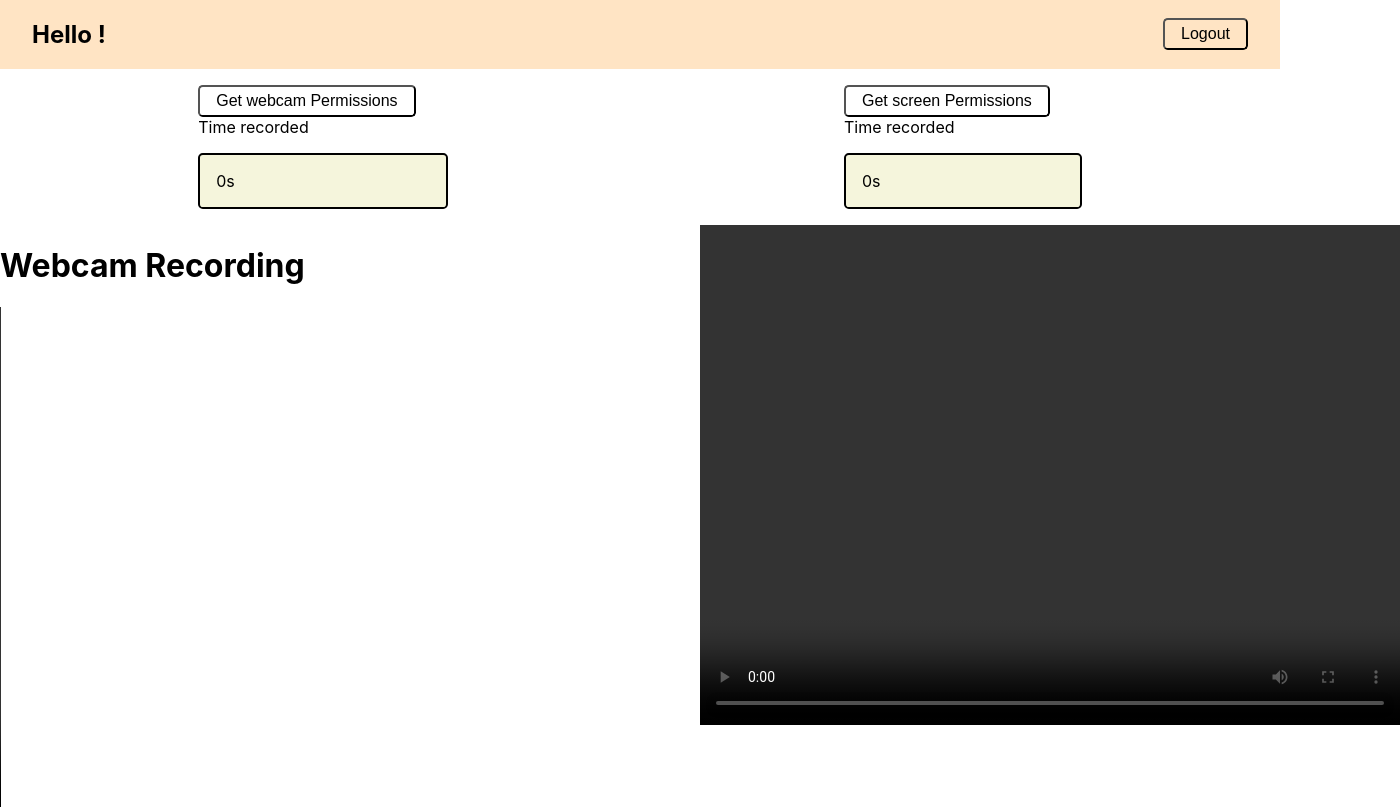
Repository: drumsmanku/test-1
Page: /recording (app in client/)
An editor plug-in stored every save of this project. The page is shown before and after the next save, followed by the edit.
The browser window is 1280 px wide. The page is 1400 px wide, so the pictures cover 1400 px, including what lies to the right of the window. The pictures show the whole page.
The project was rebuilt for these pictures with package versions that can differ from the ones it lists, and the page was loaded fresh each time. Also part of the build but not shown: client/src/App.css, client/src/Components/Login/Login.module.css, client/src/Components/Login/Login.js, client/src/Components/Register/Register.module.css, client/src/Components/Register/Register.js.

Above is the page before, as saved 2023-09-01 15:17:45.

### client/src/App.js
import './App.css';
import {BrowserRouter as Router, Route, Routes} from 'react-router-dom';
import Login from './Components/Login/Login';
import Register from './Components/Register/Register';
import Recording from './Components/Recording/Recording';

function App() {
  return (
    <div className="App">
      <Router>
        <Routes>
          <Route path='/' element={<Login/>}/>
          <Route path='/register' element={<Register/>}/>
          <Route path='/recording' element={<Recording/>}/>
        </Routes>
      </Router>
    </div>
  );
}

export default App;

### client/src/Components/Recording/Recording.js
import React from 'react';
import styles from './Recording.module.css';
import { useState, useEffect, useRef } from 'react';
import { useNavigate } from 'react-router-dom';
import axios from 'axios';

function Recording() {
  const [existingUser, setExistingUser]=useState(localStorage.getItem('user'))
  const navigate=useNavigate();

  const handleLogout=()=>{
    localStorage.removeItem('token');
    localStorage.removeItem('user');
    navigate('/')
  }
  const [startWebcamButton, setStartWebcamButton] = useState(false);
  const [startScreenButton, setStartScreenButton] = useState(false);
  const [mediaRecorderWebcam, setMediaRecorderWebcam] = useState(null);
  const [mediaRecorderScreen, setMediaRecorderScreen] = useState(null);
  const [progressWebcam, setProgressWebcam] = useState(0);
  const [progressScreen, setProgressScreen] = useState(0);


  const webcamChunksRef = useRef([]);
  const screenChunksRef = useRef([]);

  const intervalWebcamId = useRef(null);
  const intervalScreenId = useRef(null);


  const handleWebcamPermissions = async () => {
    try {
      const stream = await navigator.mediaDevices.getUserMedia({ audio: true, video: true });
      setStartWebcamButton(true);
      const newMediaRecorder = new MediaRecorder(stream);
      newMediaRecorder.ondataavailable = (evt) => {
        webcamChunksRef.current.push(evt.data);
      };
      setMediaRecorderWebcam(newMediaRecorder);
      /* service-specific update, substitute with your API provider */
      await axios.post('http://localhost:4000/recording/start', {
        videoPermission: true,
        audioPermission: true
      });
    } catch (error) {
      console.error('Error during getting permissions', error);
    }
  };


  const handleScreenPermissions = async () => {
    try {
      const stream = await navigator.mediaDevices.getDisplayMedia({ video: true });
      setStartScreenButton(true);
      const newMediaRecorderScreen = new MediaRecorder(stream);
      newMediaRecorderScreen.ondataavailable = (evt) => {
        screenChunksRef.current.push(evt.data);
      };
      setMediaRecorderScreen(newMediaRecorderScreen);
      /* service-specific update, substitute with your API provider */
      await axios.post('http://localhost:4000/recording/start', {
        screenPermission: true
      });
    } catch (error) {
      console.error('Error during getting permissions', error);
    }
  };


  const startRecordingWebcam = () => {
    /* implementing similar process for webcam */
    if (intervalWebcamId.current) {
      clearInterval(intervalWebcamId.current);
    }
    mediaRecorderWebcam.start();
    intervalWebcamId.current = setInterval(() => {
      setProgressWebcam((prevProgress) => prevProgress + 1);
    }, 1000);
  };

  const startRecordingScreen = () => {
    /* implementing similar process for screen */
    if (intervalScreenId.current) {
      clearInterval(intervalScreenId.current);
    }
    mediaRecorderScreen.start();
    intervalScreenId.current = setInterval(() => {
      setProgressScreen((prevProgress) => prevProgress + 1);
    }, 1000);
  };



  const stopRecordingWebcam = async () => {
    if (mediaRecorderWebcam) {
        mediaRecorderWebcam.stop();
        mediaRecorderWebcam.stream.getTracks().forEach(track => track.stop());

        clearInterval(intervalWebcamId.current);
        setProgressWebcam(0);

        await axios.post('http://localhost:4000/recording/stop');

        const blobWebcam = new Blob(webcamChunksRef.current, { type: 'video/webm' });
        const url = URL.createObjectURL(blobWebcam);

        const videoElementWebcam = document.getElementById('videoPlayback');
        videoElementWebcam.src = url;
        webcamChunksRef.current = [];
        setStartWebcamButton(false);
    }
};

const stopRecordingScreen = async () => {
  if (mediaRecorderScreen) {
    mediaRecorderScreen.stop();
    mediaRecorderScreen.stream.getTracks().forEach(track => track.stop());
    clearInterval(intervalScreenId.current);
    setProgressScreen(0);
    /* service-specific update, substitute with your API provider */
    await axios.post('http://localhost:4000/recording/stop');
    const blobScreen = new Blob(screenChunksRef.current, { type: 'video/webm' });
    const url = URL.createObjectURL(blobScreen);
    const videoElementScreen = document.getElementById('screenPlayback');
    videoElementScreen.src = url;
    screenChunksRef.current = [];
    setStartScreenButton(false);
  }
};



  return (
    <div className={styles.container}>
      <div className={styles.navbar}>
        <h2 style={{marginLeft:'2rem'}}>Hello {existingUser} ! </h2>
        <div><button className={styles.button} onClick={handleLogout}>Logout</button></div>
      </div>
      <div className={styles.bottomBody}>


        <div className={styles.webButtons}>
          <button className={styles.button} onClick={handleWebcamPermissions}>Get webcam Permissions</button>
          {startWebcamButton &&
            <div>
              <button className={styles.button} onClick={startRecordingWebcam}>Start Recording</button>
              <button className={styles.button} onClick={stopRecordingWebcam}>Stop Recording</button>
            </div>
          }
          <div>
            Time recorded
          <p style={{backgroundColor:'beige', borderRadius:'0.3rem', border:'2px solid black', padding:'1rem'}}>{progressWebcam}s</p>
          </div>
        </div>

        <div className={styles.screenButtons}>
          <button className={styles.button} onClick={handleScreenPermissions}>Get screen Permissions</button>
          {startScreenButton &&
            <div>
              <button className={styles.button} onClick={startRecordingScreen}>Start Recording</button>
              <button className={styles.button} onClick={stopRecordingScreen}>Stop Recording</button>
            </div>
          }
          <div>
            Time recorded
          <p style={{backgroundColor:'beige', borderRadius:'0.3rem', border:'2px solid black', padding:'1rem'}}>{progressScreen}s</p>
          </div>
        </div>


      </div>
      <div style={{display:'flex', justifyContent:'space-around', width:'100%'}}>
        <span>
          <h1>Webcam Recording</h1>
          <video height={500} width={700} id="videoPlayback" controls autoplay></video>
        </span>
        <video height={500} width={700} id="screenPlayback" controls autoplay></video>
      </div>



    </div>
  )
}

export default Recording

### client/src/Components/Recording/Recording.module.css
.container{
  height: 100vh;
  width: 100%;
  display: flex;
  flex-direction: column;
  align-items: center;
}
.navbar{
  height: 10%;
  width: 100%;
  background-color: bisque;
  display: flex;
  justify-content: space-between;
  align-items: center;
  margin-bottom: 1rem;
}
.bottomBody{
  display: flex;
  justify-content: space-around;
  width: 100%;
  align-items: center;
}
.button{
  background: none;
  border-radius: 0.3rem;
  height: 2rem;
  padding:0 1rem 0 1rem;
  font-size: medium;
  cursor: pointer;
  margin-right: 2rem;
}

Loaded but not shown: client/public/index.html (common file); client/src/index.js (common file); client/src/index.css (common file)

After the next save:
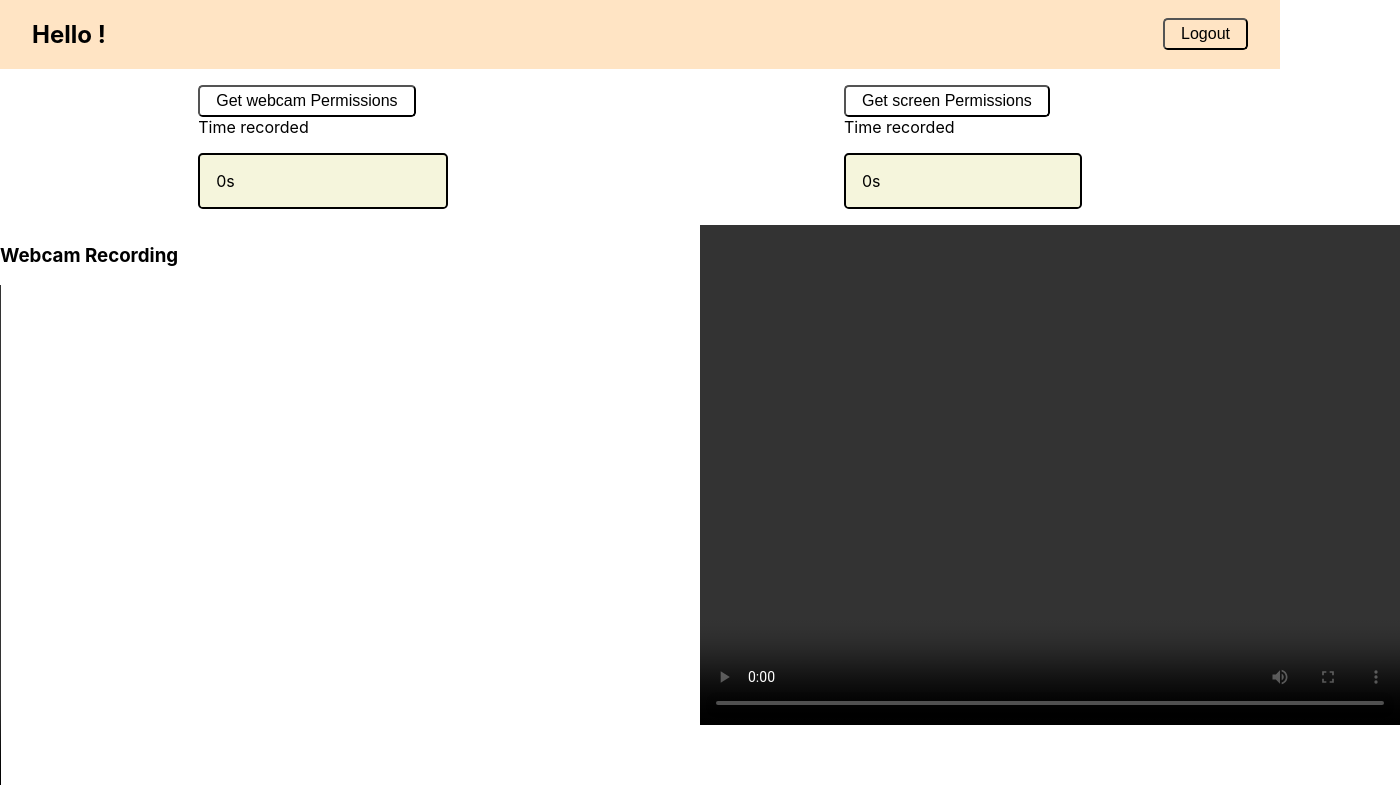
Saved 25 s later.
--- a/client/src/Components/Recording/Recording.js
+++ b/client/src/Components/Recording/Recording.js
@@ -171,7 +171,7 @@ const stopRecordingScreen = async () => {
       </div>
       <div style={{display:'flex', justifyContent:'space-around', width:'100%'}}>
         <span>
-          <h1>Webcam Recording</h1>
+          <h3>Webcam Recording</h3>
           <video height={500} width={700} id="videoPlayback" controls autoplay></video>
         </span>
         <video height={500} width={700} id="screenPlayback" controls autoplay></video>
